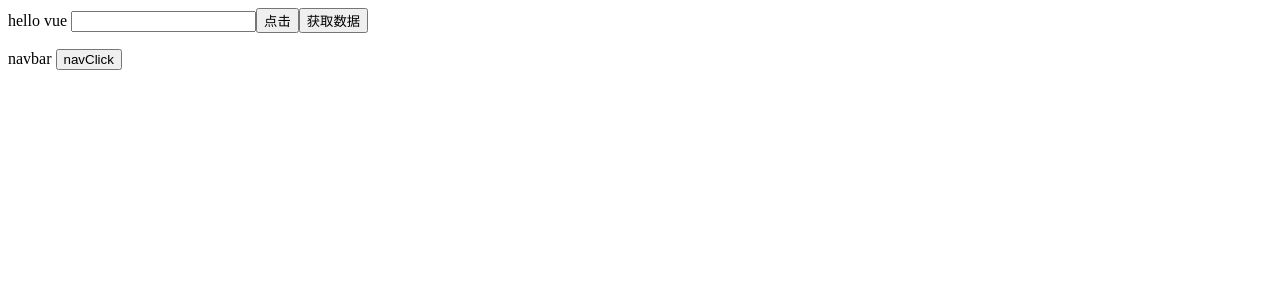
Repository: wangyz-gf/web_learning_test
Page: / (app in vue/基础2/vue-cli/myapp/)
An editor plug-in stored every save of this project. The page is shown before and after a run of saves, followed by the edit.
The browser window is 1280 px wide. The pictures show the whole page.
The project was rebuilt for these pictures with package versions that can differ from the ones it lists, and the page was loaded fresh each time. Also part of the build but not shown: vue/基础2/vue-cli/myapp/vue.config.js, vue/基础2/vue-cli/myapp/src/views/Film.vue, vue/基础2/vue-cli/myapp/src/views/Center.vue, vue/基础2/vue-cli/myapp/src/views/Cinema.vue.

Above is the page before, as saved 2020-08-06 09:26:39.

After the next 3 saves:
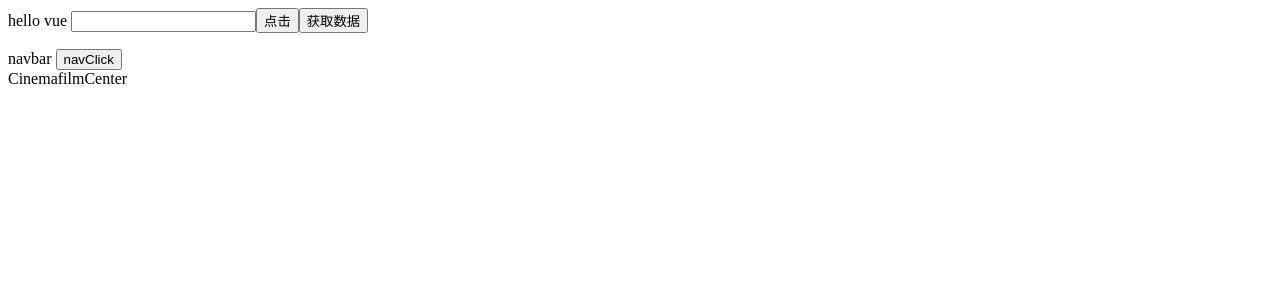
The 3 saves are shown as one change because they came seconds apart.
The last was saved 13 s later.
--- a/vue/基础2/vue-cli/myapp/src/App.vue
+++ b/vue/基础2/vue-cli/myapp/src/App.vue
@@ -12,7 +12,7 @@
       <button @click="showfun()">navClick</button>
     </Navbar>
     <Sidebar v-show="isShow"></Sidebar>
-
+    <Tavbar></Tavbar>
   </div>
 </template>
 
